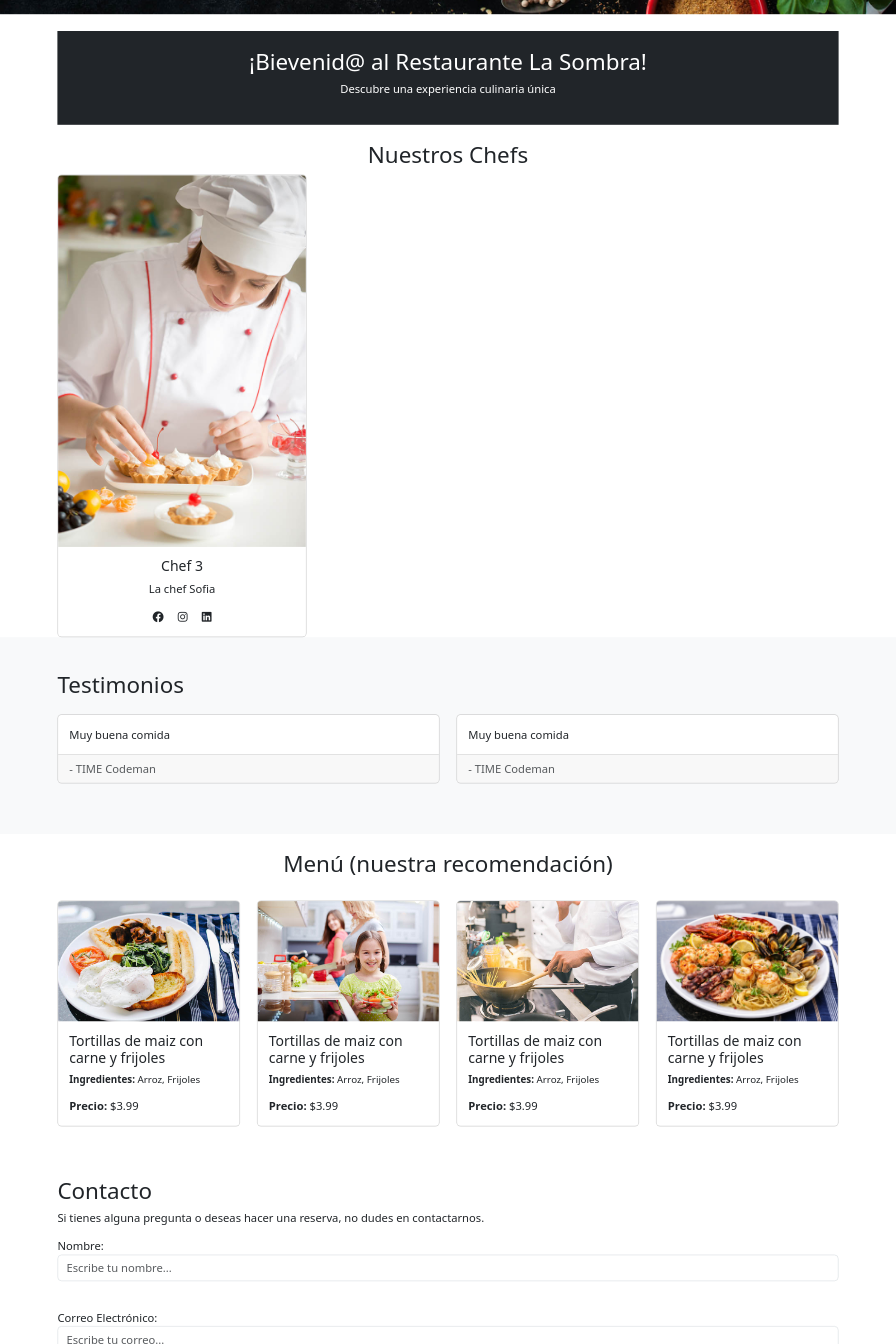
Repository: salextros/Restaurant-Project-PHP-MySQL
Page: http://localhost/TRABAJO_FINAL/restaurant/index.php
An editor plug-in stored every save of this project. The page is shown before and after the next save, followed by the edit.
The browser window is 1280 px wide. The pictures show the part of the page from y = 735 to 2655 px (the page is 3433 px tall before and 2772 px after), at 70% of full size.
The page is run by PHP 8.4 with error messages shown; the project is at /var/www/html/. Queries for data that is not in the repository find no rows.

Above is the page before, as saved 2026-01-27 23:50:36.

After the next save:
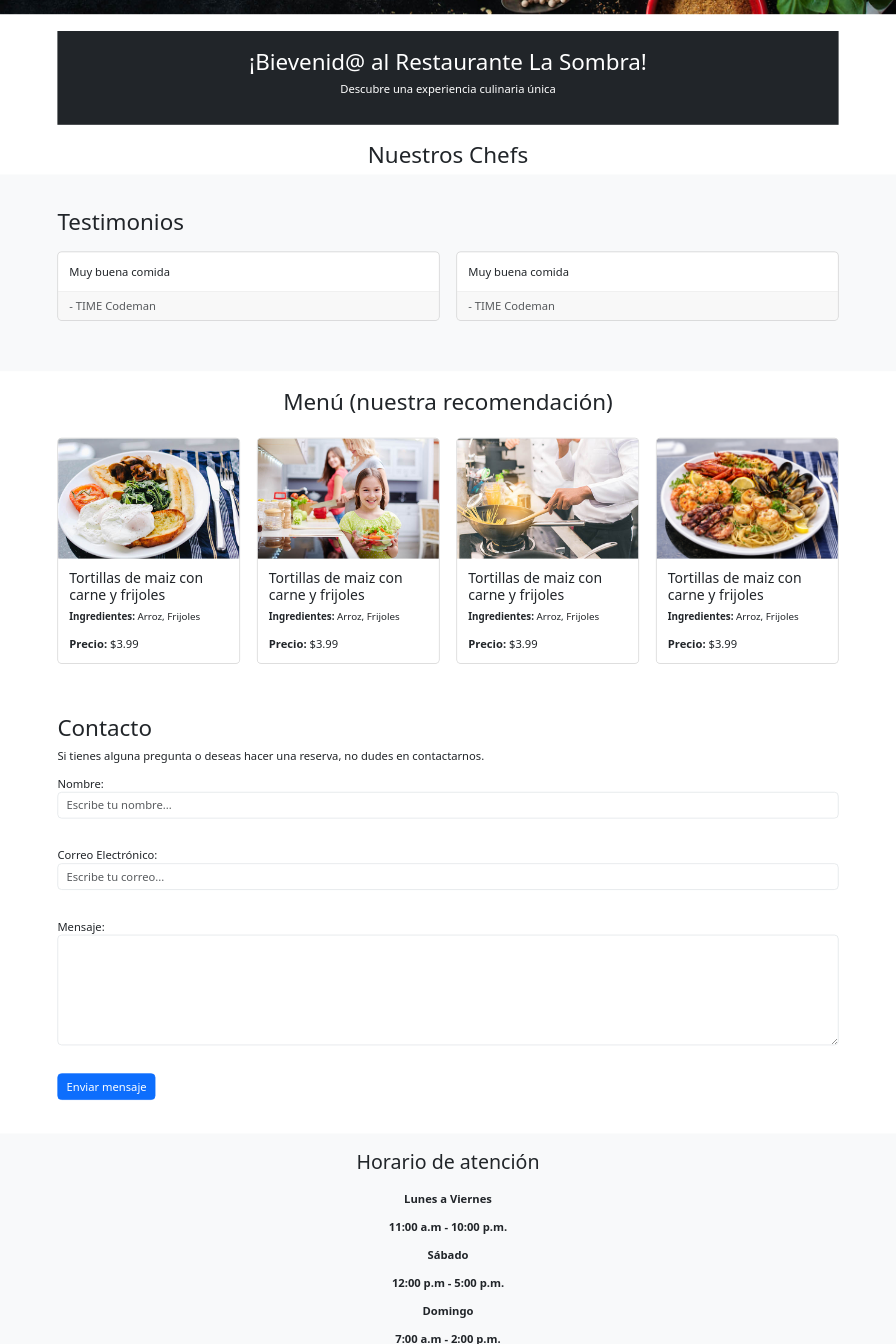
Saved 3 min 21 s later.
--- a/restaurant/index.php
+++ b/restaurant/index.php
@@ -119,6 +119,7 @@ $lista_colaboradores = $sentencia->fetchAll(PDO::FETCH_ASSOC);
 
 
         <!-- ==================================================================================================================================== -->
+            <?php foreach($lista_colaboradores as $colaborador) { ?>
 
             <div class="col-md-4"><!-- INICIO_1 -->
                 <div class="card">
@@ -127,8 +128,8 @@ $lista_colaboradores = $sentencia->fetchAll(PDO::FETCH_ASSOC);
                         alt="Chef 1" />
 
                     <div class="card-body">
-                        <h5 class="card-title">Chef 3</h5>
-                        <p class="card-text">La chef Sofia </p>
+                        <h5 class="card-title"><?php echo $colaborador["foto"];?></h5>
+                        <p class="card-text"><?php echo $colaborador["titulo"];?></p>
                         <div class="social-icons mt-3">
                             <a href="#" class="text-dark m-2"><i class="fab fa-facebook"></i></a>
                             <a href="#" class="text-dark m-2"><i class="fab fa-instagram"></i></a>
@@ -138,6 +139,7 @@ $lista_colaboradores = $sentencia->fetchAll(PDO::FETCH_ASSOC);
                 </div>
             </div><!-- FINAL_1 -->
 
+            <?php } ?>
         <!-- ==================================================================================================================================== -->
         </div>
     </section>
